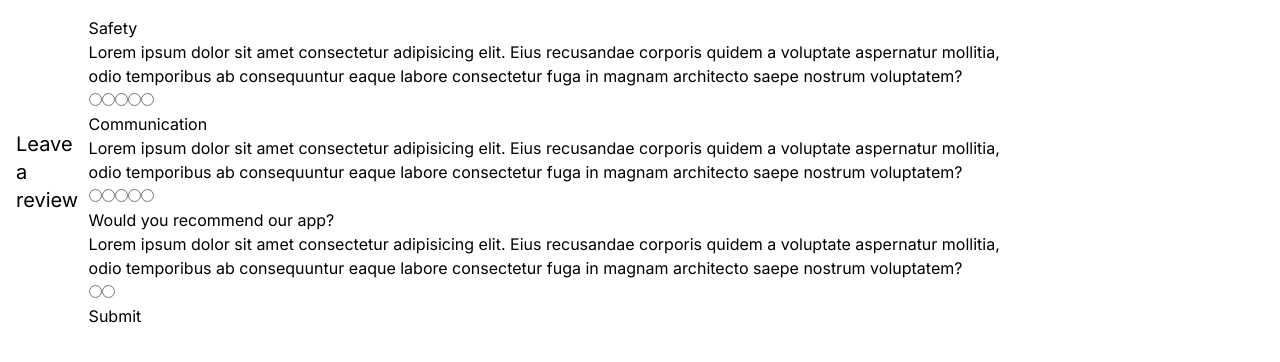
Repository: akankshaajoshi/review-form
Page: /review
These files come from the project's save history. The page is drawn as it stood at one moment and after a run of saves; the edit follows.
The browser window is 1280 px wide. The pictures show the whole page.
The project was rebuilt for these pictures with package versions that can differ from the ones it lists, and the page was loaded fresh each time. The framework's server and built-in components were replaced by stand-ins that run in the browser. Also part of the build but not shown: next.config.mjs.

Above is the page before, as saved 2024-05-25 12:23:14.

### app/(routes)/review/page.tsx
'use client'
import { useFormState, useFormStatus } from "react-dom";
import {createReview} from "@/app/actions"

const initialState = {
    message: null,
}

function SubmitButton(){
    const {pending} = useFormStatus();
    return (
        <button type="submit" aria-disabled={pending}>
            Submit
        </button>
    )
}

export default function Review(){
    const ratings = [1, 2, 3, 4, 5];
    const [state, formAction] = useFormState(createReview, initialState);
    return (
        <div className="flex items-center w-[80vw] h-auto p-4">
            <h2 className="text-xl text-bold">Leave a review</h2>
            {state?.message}
            <form action={formAction}>
                <fieldset>
                    <label htmlFor="safety">Safety</label>
                    <p>Lorem ipsum dolor sit amet consectetur adipisicing elit. Eius recusandae corporis quidem a voluptate aspernatur mollitia, odio temporibus ab consequuntur eaque labore consectetur fuga in magnam architecto saepe nostrum voluptatem?</p>
                    {ratings.map((item, index) =>{
                        return (
                            <input key={index} type="radio" name="safety" id={item.toString()} value={item}/>
                        )
                    })}
                </fieldset>
                <fieldset>
                    <label htmlFor="communication">Communication</label>
                    <p>Lorem ipsum dolor sit amet consectetur adipisicing elit. Eius recusandae corporis quidem a voluptate aspernatur mollitia, odio temporibus ab consequuntur eaque labore consectetur fuga in magnam architecto saepe nostrum voluptatem?</p>
                    {ratings.map((item, index) =>{
                        return (
                            <input key={index} type="radio" name="communication" id={item.toString()} value={item}/>
                        )
                    })}
                </fieldset>
                <fieldset>
                    <label htmlFor="recommend">Would you recommend our app? </label>
                    <p>Lorem ipsum dolor sit amet consectetur adipisicing elit. Eius recusandae corporis quidem a voluptate aspernatur mollitia, odio temporibus ab consequuntur eaque labore consectetur fuga in magnam architecto saepe nostrum voluptatem?</p>
                    <input type="radio" name="recommend" id="true" value="true" />
                    <input type="radio" name="recommend" id="false" value="false"/>
                </fieldset>
                <SubmitButton/>
            </form>
        </div>
    )
}

### app/actions.tsx
'use server'

import {revalidatePath} from "next/cache";
import {sql} from "@vercel/postgres"
import {z} from 'zod'
// CREATE TABLE reviews (
//     id SERIAL PRIMARY KEY,
//      safety INTEGER NOT NULL,
//     communication INTEGER NOT NULL,
//      recommend VARCHAR(5) NOT NULL );
export async function createReview(prevState: {message: string}, formData: FormData){

    const schema = z.object({
        safety: z.number(),
        communication: z.number(),
        recommend: z.string(),
    })
    const parse = schema.safeParse({
        safety: Number(formData.get('safety')),
        communication: Number(formData.get('communication')),
        recommend: formData.get('recommend'),
    })

    if (!parse.success) {
        console.log("incorrect parse")
        return { message: "Failed to create todo" };
      }

    const data = parse.data

    try{
        await sql`
        INSERT INTO reviews(safety, communication, recommend) VALUES (${data.safety}, ${data.communication}, ${data.recommend})
        `
        // revalidatePath('/reviews/' )
        return {message: `Added review successfully.`}
    }catch(err){
        console.log(err)
        return {message: `Failed to add review.`}
    }
}

Loaded but not shown: app/layout.tsx (common file); app/globals.css (common file); tailwind.config.ts (common file)

After the next 2 saves:
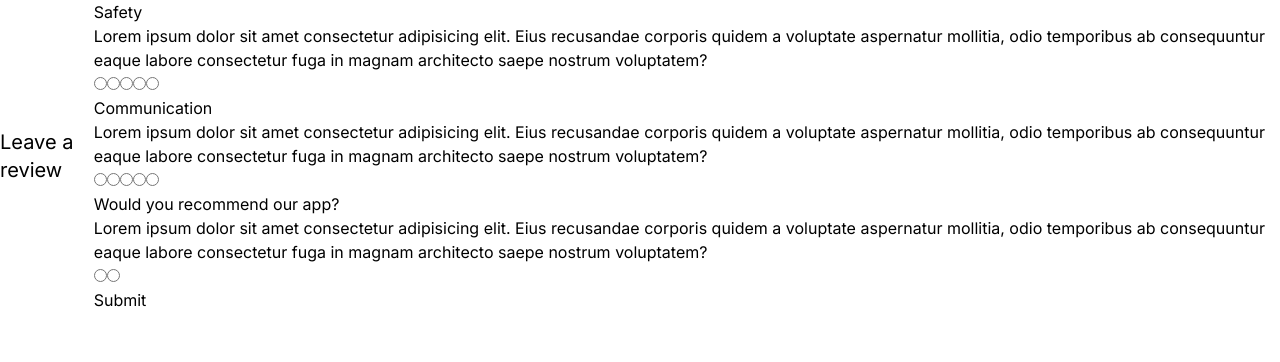
The 2 saves are shown as one change because 1 did not build or start.
The last was saved 4 min 18 s later.
--- a/app/(routes)/review/page.tsx
+++ b/app/(routes)/review/page.tsx
@@ -19,7 +19,8 @@ export default function Review(){
     const ratings = [1, 2, 3, 4, 5];
     const [state, formAction] = useFormState(createReview, initialState);
     return (
-        <div className="flex items-center w-[80vw] h-auto p-4">
+        <div className=" w-[100vw] h-[100vh]">
+            <div className="flex items-center">
             <h2 className="text-xl text-bold">Leave a review</h2>
             {state?.message}
             <form action={formAction}>
@@ -49,6 +50,7 @@ export default function Review(){
                 </fieldset>
                 <SubmitButton/>
             </form>
+            </div>
         </div>
     )
 }
